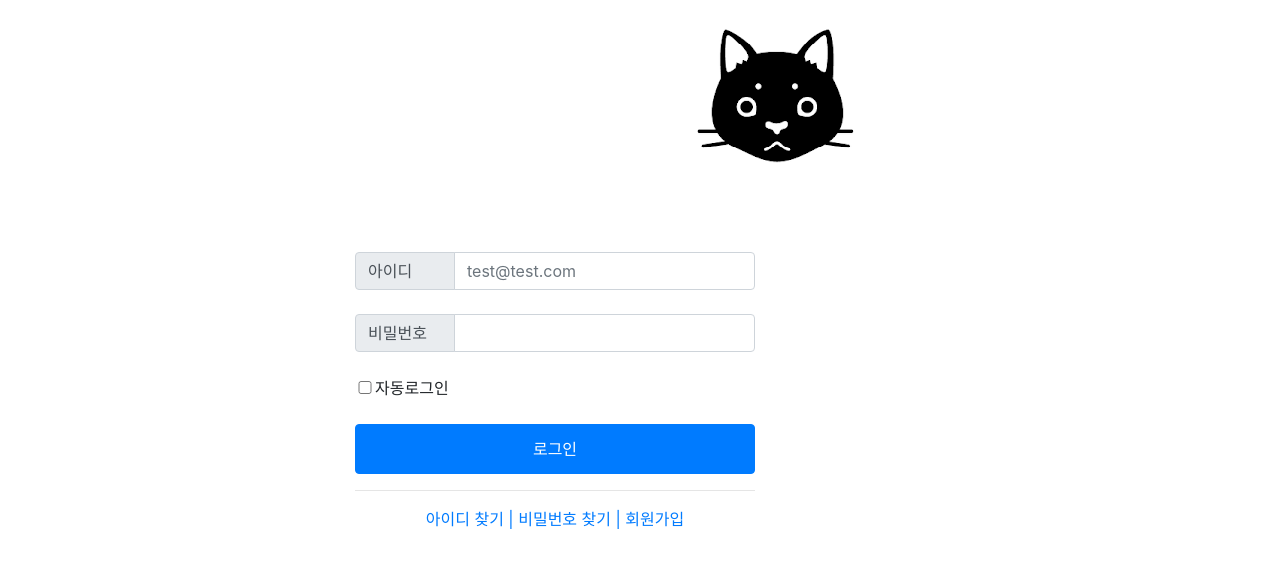
Repository: 0deepsleep/SpringMVCStudy
Page: http://localhost/TestProject/Login.jsp
The author's editor kept a copy of each file at every save. The page is drawn from the files as they stood at one save, then again after the next save.
The browser window is 1280 px wide. The pictures show the whole page.
The page is served by Tomcat 9.

Above is the page before, as saved 2019-06-14 09:32:05.

After the next save:
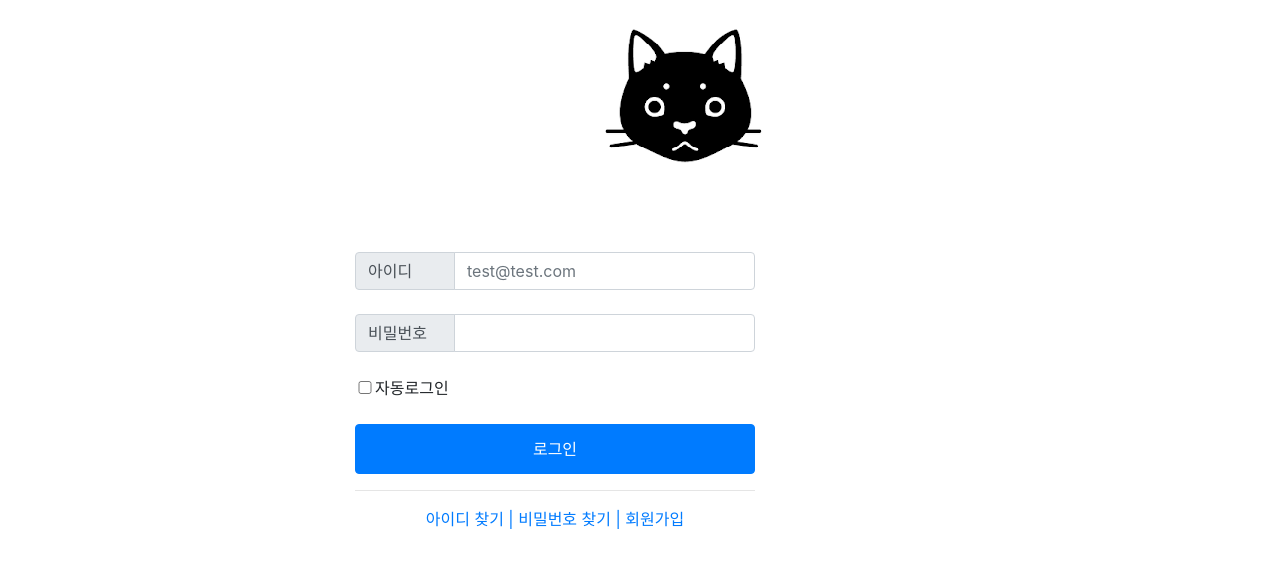
Saved 7 s later.
--- a/TestProject/WebContent/Login.jsp
+++ b/TestProject/WebContent/Login.jsp
@@ -80,7 +80,7 @@
 <body>
 
 <div class="text-center container">
-	<img src="<%=cp %>/img/cat.png" class="col-md-3- offset-md-3" alt=""/>
+	<img src="<%=cp %>/img/cat.png" class="col-md-3- offset-md-1" alt=""/>
   <div class="row" style="margin-top: 60px;">
   	<div class="col-md-6- offset-md-3">
   		<div class="input-group" id="memberForm">
